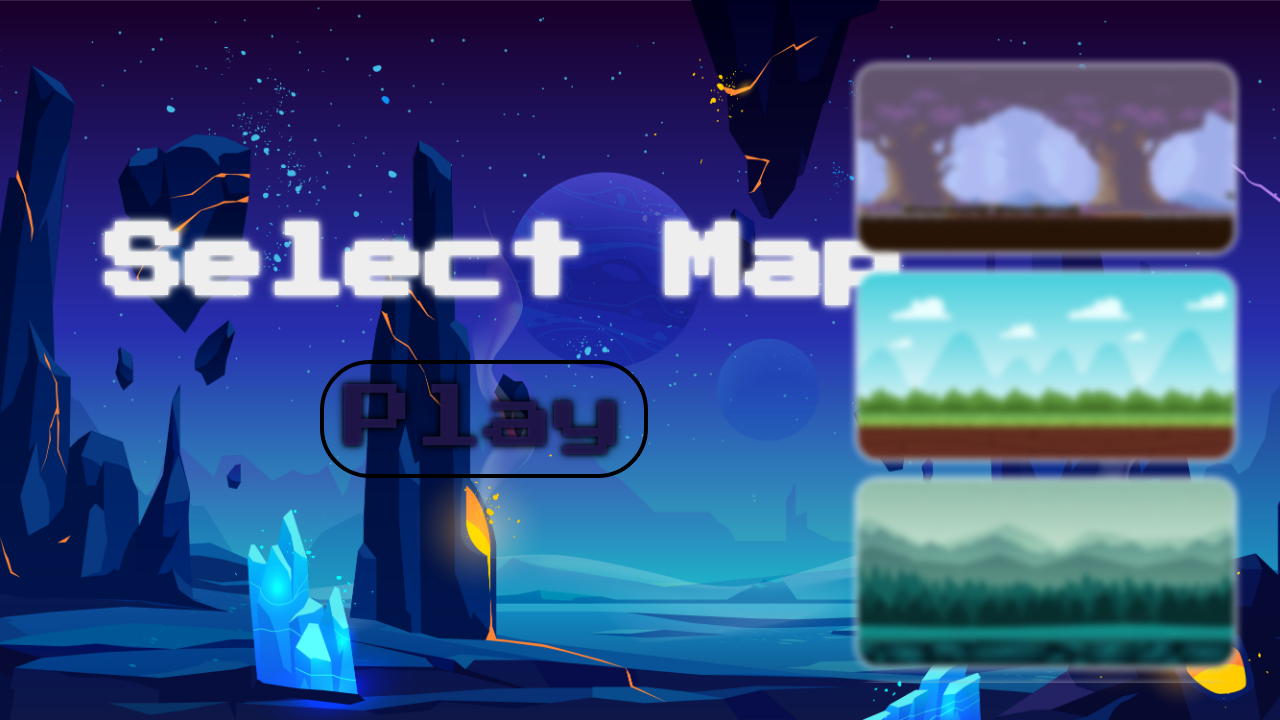
Repository: Gaurav31052/Fighting-game
Page: home.html
The author's editor kept a copy of each file at every save. The page is drawn from the files as they stood at one save, then again after a run of saves.
The browser window is 1280 px wide. The pictures show the whole page.
An inner scrolling area shows only its first screen.

Above is the page before, as saved 2024-06-06 23:43:38.

### home.html
<!DOCTYPE html>
<html lang="en">

<head>
    <meta charset="UTF-8">
    <meta name="viewport" content="width=device-width, initial-scale=1.0">
    <title>Document</title>
    <link href="https://fonts.googleapis.com/css2?family=Press+Start+2P&display=swap" rel="stylesheet">
    <link rel="stylesheet" href="style.css">
</head>

<body>


    <!-- carousel -->
    <div class="carousel">
        <!-- list item -->
        <div class="list">
            <div class="item">

                <div class="MapName">
                   <h1 id="name">Select Map</h1>
                </div>

                <img id="mainbox" src="img/home.jpg" alt="">

                <button id="btn"><a href='game.html'>Play</a></button>
            </div>

        </div>


        <!-- list thumnail -->
        <div class="thumbnail" id="about">

            <div class="item" id="bg1"><img class="myimg" src="./img/background1.jpg" alt=""></div>
            <div class="item" id="bg2"><img class="myimg" src="./img/background2.jpg" alt=""></div>
            <div class="item" id="bg3"><img class="myimg" src="./img/background3.jpg" alt=""></div>
            <div class="item" id="bg4"><img class="myimg" src="./img/background4.jpg" alt=""></div>
            <div class="item" id="bg5"><img class="myimg" src="./img/background5.jpg" alt=""></div>
            <div class="item" id="bg6"><img class="myimg" src="./img/background6.jpg" alt=""></div>
            <!-- <div class="item"><img src="img/background.jpg" alt=""></div>
                <div class="item"><img src="img/background.jpg" alt=""></div>
                <div class="item"><img src="img/background.jpg" alt=""></div>
                <div class="item"><img src="img/background.jpg" alt=""></div>
                <div class="item"><img src="img/background.jpg" alt=""></div> -->

        </div>


    </div>

    <script src="home.js"></script>

</body>

</html>

### style.css

body {
    margin: 0;
    background-color: #000;
    color: #eee;
    font-family: Poppins;
    font-size: 12px;
    overflow: hidden;
}

a {
    text-decoration: none;
    color: #30216ea2;
}

/* carousel */
.carousel {
    height: 100vh;
    width: 100vw;
    overflow: hidden;
    position: relative;
}

.carousel .list .item {
    width: 100%;
    height: 100%;
    position: absolute;
    inset: 0 0 0 0;

}

.carousel .list .item img {
    width: 100%;
    height: 100%;
    object-fit: cover;

}

.carousel .list .item button {

    position: absolute;
    top: 50%;
    left: 25%;
    font-size: 70px;
    font-family: "Press Start 2P", system-ui;
    text-align: center;
    /* padding-top: 100px; */
    text-shadow: 0 0 10px #000000, 0 0 5px #000000;
   padding: 20px;
    background: transparent;
    border: none;
}
#btn{
    border: 4px solid black;
    border-radius: 50px;

}
#btn:hover{
    background-color: white;

}

.MapName {
    /* background: red; */
    position: absolute;
    height: 130px;
    width: 830px;
    top: 200px;
    left: 90px;
    display: flex;
    justify-content: space-around;
    align-items: center;
    font-family: "Press Start 2P", system-ui;
    text-shadow: 0 0 10px #ffffff, 0 0 5px #ffffff;
}
.MapName>h1{
    font-size: 80px;
}



/* thumbail */
.thumbnail {
    position: absolute;
    top: 6%;
    left: 65%;
    width: max-content;
    z-index: 100;
    gap: 15px;
    width: 460px;
    height: 615px;
    overflow: scroll;
    padding: 5px;
    padding-top: 20px;

    scroll-behavior: initial;
    display: flex;
    flex-direction: column;
    align-items: center;

}

.thumbnail .item {
    width: fit-content;
    flex-shrink: 0;
    position: relative;
    list-style-type: none;
    padding: 3px;
}

#about {
    scrollbar-width: none;
}

.thumbnail .item img {
    width: 90%;
    height: 100%;
    object-fit: cover;
    border-radius: 20px;
    box-shadow: 0 0 5px #fff, 0 0 5px #fff, 0 0 5px #fff, 0 0 5px #fff;
}

.myimg {
    filter: blur(3px);
}

.myimg:hover {
    filter: none;
    scale: 1.1;
    transition: 0.5s ease-in;
}

#leftimg {
    scale: 4;
}

#rightimg {
    scale: 3;
}

### home.js
let userchoice;

const setmap = document.getElementById("mainbox");
const choices = document.querySelectorAll(".myimg");
choices.forEach((e) => {
    e.addEventListener("click", () => {
        userchoice = e.getAttribute("src");
        setmap.src = userchoice;
        localStorage.setItem(1,userchoice);
        console.log(userchoice);
        if(userchoice === "./img/background1.jpg"){
            document.getElementById('name').innerHTML = "Bloom";
        }
        else if(userchoice === "./img/background2.jpg"){
            document.getElementById('name').innerHTML = "Skyris";
        }
        else if(userchoice === "./img/background3.jpg"){
            document.getElementById('name').innerHTML = "Night Hawl";
        }
        else if(userchoice === "./img/background4.jpg"){
            document.getElementById('name').innerHTML = "Caves";
        }
        else if(userchoice === "./img/background5.jpg"){
            document.getElementById('name').innerHTML = "Bind";
        }
        else if(userchoice === "./img/background6.jpg"){
            document.getElementById('name').innerHTML = "Forest";
        }
    })
});

var home_music =new Audio("./audio/background sound.mp3");
home_music.play();
home_music.loop=true;
home_music.volume=0.1;

After the next 2 saves:
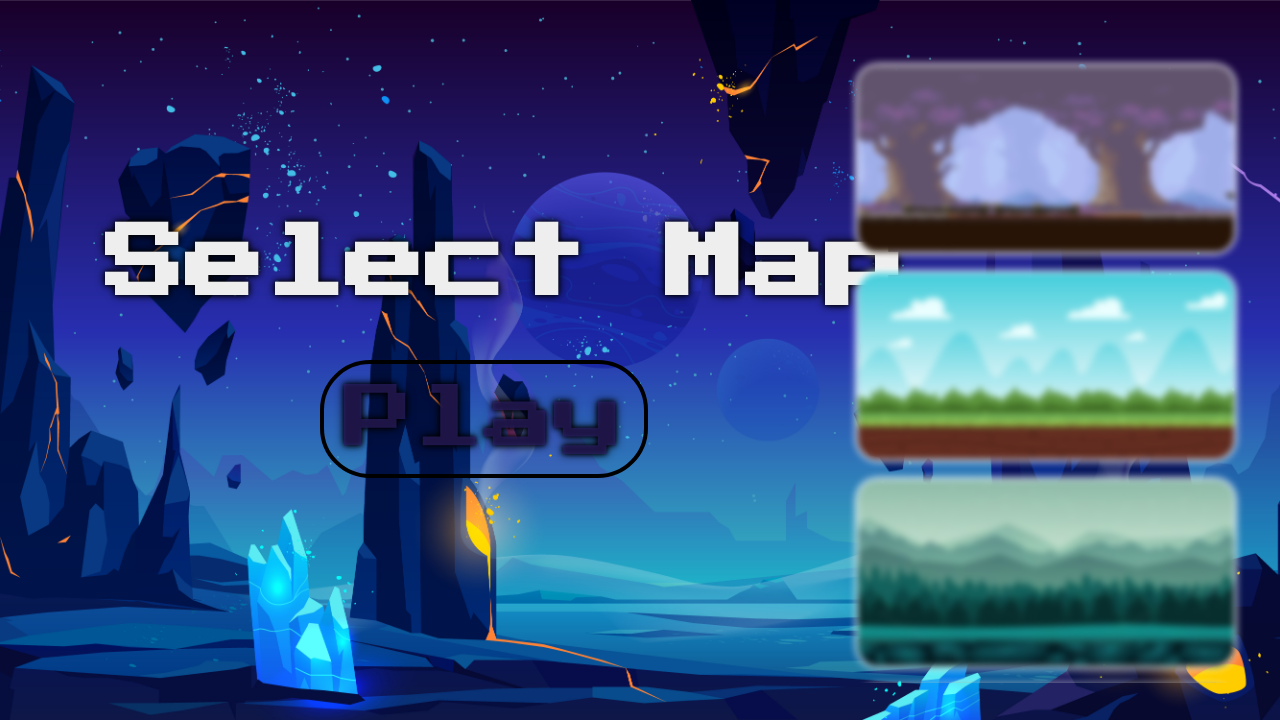
The 2 saves are shown as one change because they came seconds apart.
The last was saved 12 s later.
--- a/style.css
+++ b/style.css
@@ -71,7 +71,7 @@ a {
     justify-content: space-around;
     align-items: center;
     font-family: "Press Start 2P", system-ui;
-    text-shadow: 0 0 10px #ffffff, 0 0 5px #ffffff;
+    text-shadow: 0 0 10px #000000, 0 0 5px #000000;
 }
 .MapName>h1{
     font-size: 80px;
